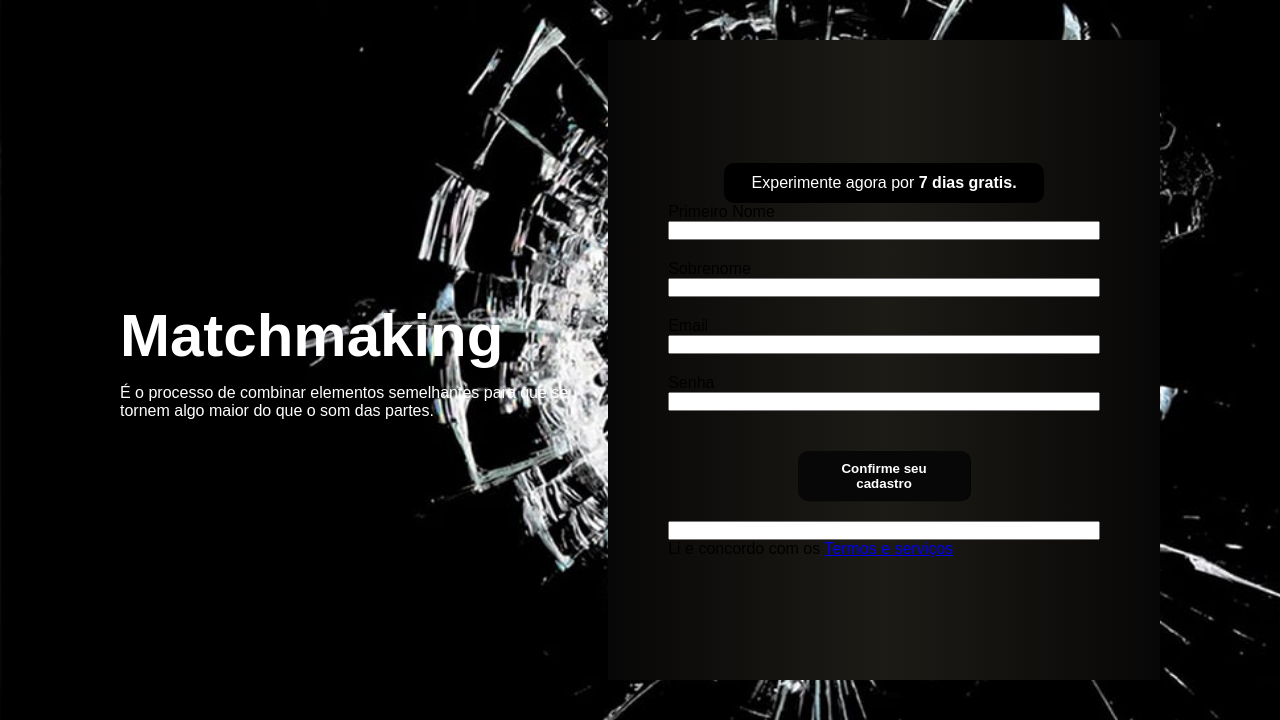
Repository: analessp/tela-login
Page: index.html
An editor plug-in stored every save of this project. The page is shown before and after the next save, followed by the edit.
The browser window is 1280 px wide. The pictures show the whole page.
Some web fonts or font styles are not loaded; a fallback is used.

Above is the page before, as saved 2025-04-16 11:29:10.

### index.html
<!DOCTYPE html>
<html lang="pt-br">
  <head>
    <meta charset="UTF-8" />
    <meta name="viewport" content="width=device-width, initial-scale=1.0" />
    <title>Tela de Login</title>
    <link rel="stylesheet" href="style.css" />
    <link rel="preconnect" href="https://fonts.googleapis.com" />
    <link rel="preconnect" href="https://fonts.gstatic.com" crossorigin />
    <link href="https://fonts.googleapis.com/css2?family=Nunito:ital,wght@0,200..1000;1,200..1000&family=Special+Gothic&display=swap" rel="stylesheet" />
  </head>
  <body>
    <main>
      <div class="container-left">
        <h1>Matchmaking</h1>
        <p>É o processo de combinar elementos semelhantes para que se tornem algo maior do que o som das partes.</p>
      </div>
      <div class="container-right">
        <a href="#" class="teste-gratis">
          <p>Experimente agora por <b>7 dias gratis.</b></p>
        </a>
        <div class="forms">
          <form>

            <div>
              <label for="name">
                <p>Primeiro Nome</p>
                <input id="name" type="text" />
              </label>
            </div>

            <div>
                <label for="lastname">
                    <p>Sobrenome</p>
                    <input id="lastname" type="text" />
                </label>
            </div>

            <div>
                <label for="email">
                    <p>Email</p>
                    <input id="email" type="email" />
                </label>
            </div>

            <div>
                <label for="password">
                    <p>Senha</p>
                    <input id="password" type="password" />
                </label>
            </div>

            <button type="submit">
                <p>Confirme seu cadastro</p>
            </button>
            <div>
                <input type="terms">
                <p>
                    Li e concordo com os <a href="#">Termos e serviços</a>
                </p>
            </div>
          </form>
        </div>
      </div>
    </main>
  </body>
</html>

### style.css
* {
    margin: 0;
    padding: 0;
    box-sizing: border-box;
    width: 100%;
    font-family: "Special Gothic", sans-serif;
}

main {
    display: flex;
    background-image: url("./assets/background.jpg");
    background-repeat: no-repeat center center;
    background-size: cover;
    display: flex;
    height: 100vh;
    z-index: 0;
    padding: 40px 120px;
}

&::after {
    content: "";
    background: #1e130c;
    position: absolute;
    top: 0;
    left: 0;
    opacity: 0.9;
    width: 100%;
    height: 100%;
    z-index: -1;
}

.container-left {
    color: white;
    display: flex;
    justify-content: center;
    flex-direction: column;
    gap: 14px;
}

.container-left h1 {
    font-size: 60px;

    &:hover::after{
        cursor: pointer;
        content: "";
        position: absolute;
        bottom: 350px;
        left: 120px;
        background-color: #d0d0d0;
        height: 4px;
        width: 420px;
        transition-duration: 800ms;
        animation-name: left-to-right;
        animation-duration: 620ms;
        animation-iteration-count: 1;
        }
}

.container-right {
    background: #080707;
    background: linear-gradient(90deg, rgba(8, 7, 7, 1) 0%, rgba(28, 27, 22, 1) 50%, rgba(8, 7, 7, 1) 100%);
    display: flex;
    flex-direction: column;
    justify-content: center;
    align-items: center;
    padding: 0 60px;
}

.teste-gratis {
    display: flex;
    justify-content: center;
    align-items: center;
    text-align: center;
    width: 320px;
    height: 40px;
    background-color: black;
    text-decoration: none;
    color: white;
    border-radius: 10px;
    margin-bottom: ;
}

.teste-gratis p{
text-align: center;
}

.forms form{
    display: flex;
    flex-direction: column;
    gap: 20px;
}

.forms button {
    cursor: pointer;
    margin-top: 20px;
    border-radius: 10px;
    padding: 10px 15px;
    background-color: #080707;
    color: #fff;
    width: 40%;
    align-self: center;
    border: 0px;
    box-shadow: 1px 0.2px 0.5px #030303;
    font-weight: 580;
    transition-duration: 500ms;

    &:hover {
        transform: translate(300px)
    }
}

.terms {
    display: flex;
    justify-content: center;
    gap: 5px;
}

.terms input {
    width: fit-content;

}

@keyframes left-to-right {
0% {
    width: 0;
}
100% {
    width: 400px;
}
}

After the next save:
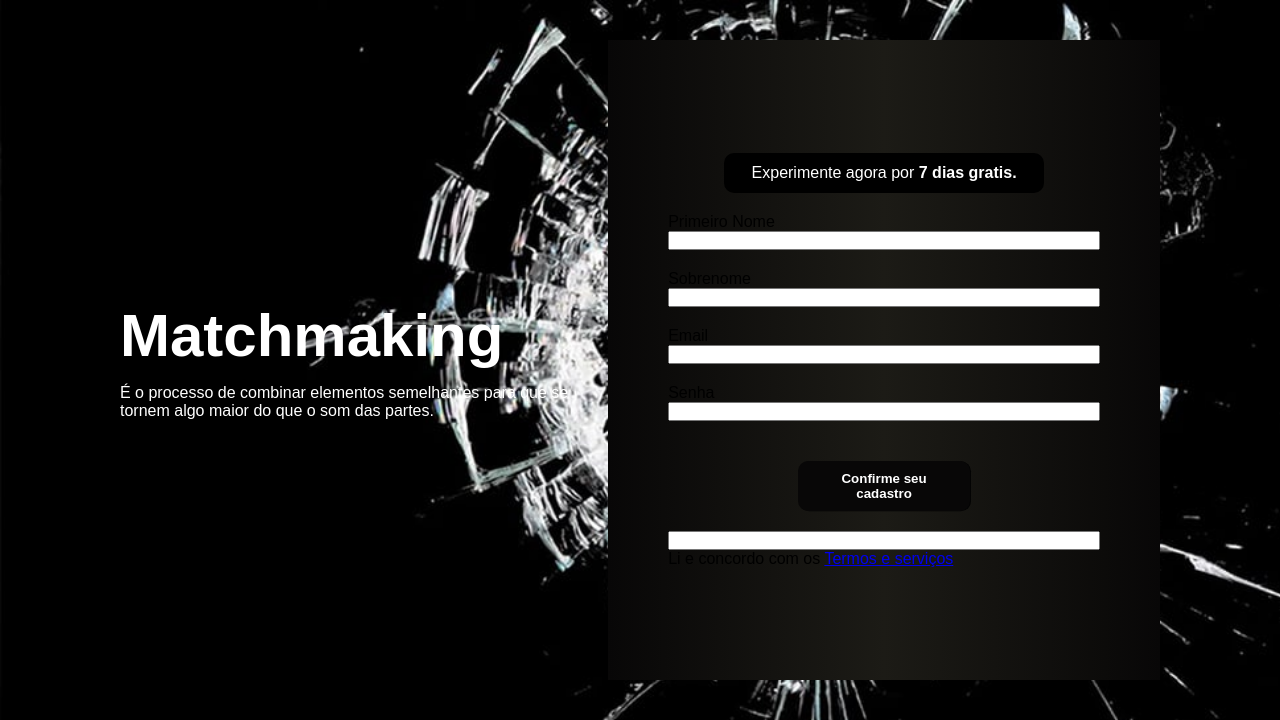
Saved 4 s later.
--- a/style.css
+++ b/style.css
@@ -77,7 +77,7 @@ main {
     text-decoration: none;
     color: white;
     border-radius: 10px;
-    margin-bottom: ;
+    margin-bottom: 20px;
 }
 
 .teste-gratis p{
